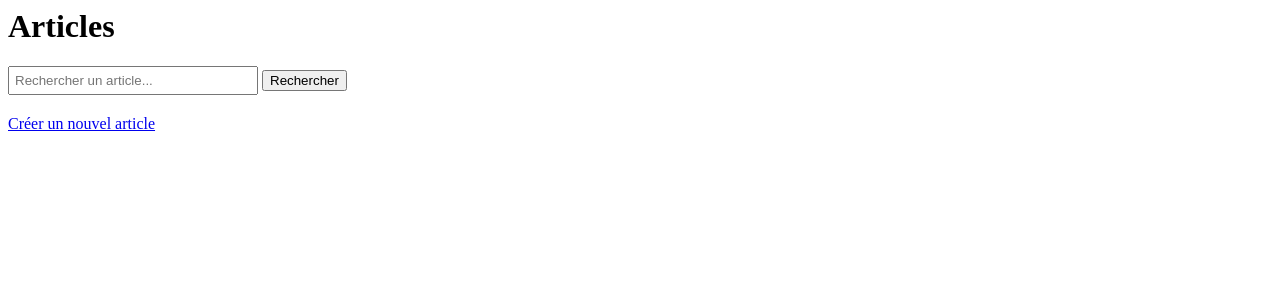
Repository: ciIHeB/anterlab-laravel-test
Page: http://localhost/posts
These files come from the project's save history. The page is drawn as it stood at one moment and after the next save; the edit follows.
The browser window is 1280 px wide. The pictures show the whole page.
The page is served by the project's Laravel application, run on PHP 8.4 with Laravel 10. Queries for data that is not in the repository find no rows.

Above is the page before, as saved 2025-06-25 10:53:20.

After the next save:
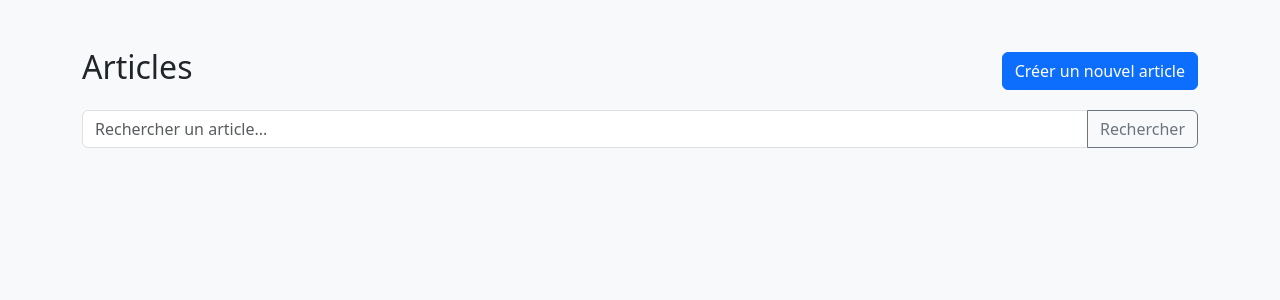
Saved 11 s later.
--- a/resources/views/posts/index.blade.php
+++ b/resources/views/posts/index.blade.php
@@ -1,35 +1,46 @@
-<!-- resources/views/posts/index.blade.php -->
+<!DOCTYPE html>
+<html lang="fr">
+<head>
+    <meta charset="UTF-8">
+    <title>Liste des Articles</title>
+    <link href="https://cdn.jsdelivr.net/npm/bootstrap@5.3.3/dist/css/bootstrap.min.css" rel="stylesheet">
+</head>
+<body class="bg-light">
 
-<h1>Articles</h1>
+<div class="container mt-5">
+    <div class="d-flex justify-content-between align-items-center mb-3">
+        <h2>Articles</h2>
+        <a href="{{ route('posts.create') }}" class="btn btn-primary">Créer un nouvel article</a>
+    </div>
 
-<!-- Search form -->
-<form action="{{ route('posts.index') }}" method="GET" style="margin-bottom: 20px;">
-    <input
-        type="text"
-        name="search"
-        placeholder="Rechercher un article..."
-        value="{{ request('search') }}"
-        style="padding: 5px; width: 250px;"
-    >
-    <button type="submit">Rechercher</button>
-</form>
+    <!-- Search form -->
+    <form action="{{ route('posts.index') }}" method="GET" class="mb-4">
+        <div class="input-group">
+            <input type="text" name="search" class="form-control" placeholder="Rechercher un article..." value="{{ request('search') }}">
+            <button type="submit" class="btn btn-outline-secondary">Rechercher</button>
+        </div>
+    </form>
 
-<a href="{{ route('posts.create') }}">Créer un nouvel article</a>
+    @foreach($posts as $post)
+        <div class="card mb-3 shadow-sm">
+            <div class="card-body">
+                <h5 class="card-title">{{ $post->title }}</h5>
+                <p class="card-text">{{ $post->content }}</p>
+                <a href="{{ route('posts.edit', $post->id) }}" class="btn btn-sm btn-warning">Modifier</a>
+                <form action="{{ route('posts.destroy', $post->id) }}" method="POST" class="d-inline">
+                    @csrf
+                    @method('DELETE')
+                    <button type="submit" class="btn btn-sm btn-danger" onclick="return confirm('Voulez-vous vraiment supprimer cet article ?')">Supprimer</button>
+                </form>
+            </div>
+        </div>
+    @endforeach
 
-<ul>
-@foreach($posts as $post)
-    <li style="margin-bottom: 15px;">
-        <strong>{{ $post->title }}</strong><br>
-        {{ $post->content }}<br>
-        <a href="{{ route('posts.edit', $post->id) }}">Modifier</a>
-        <form action="{{ route('posts.destroy', $post->id) }}" method="POST" style="display:inline;">
-            @csrf
-            @method('DELETE')
-            <button type="submit" onclick="return confirm('Voulez-vous vraiment supprimer cet article ?')">Supprimer</button>
-        </form>
-    </li>
-@endforeach
-</ul>
+    <!-- Pagination -->
+    <div class="mt-4">
+        {{ $posts->withQueryString()->links() }}
+    </div>
+</div>
 
-<!-- Pagination links -->
-{{ $posts->withQueryString()->links() }}
+</body>
+</html>
